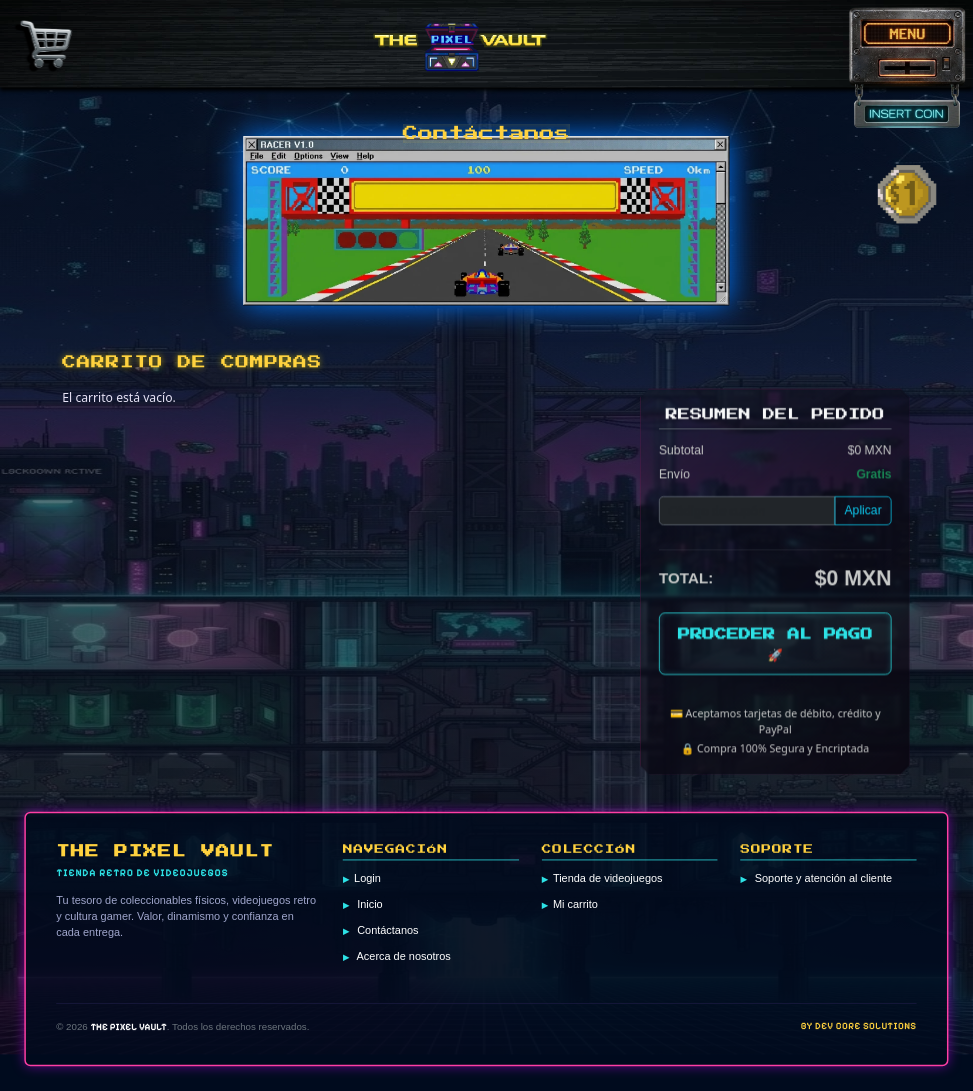
Repository: DianaSGarciaR/The-Pixel-Vault
Page: miCarrito.html
An editor plug-in stored every save of this project. The page is shown before and after the next save, followed by the edit.
The browser window is 1280 px wide. The pictures show the whole page, at 76% of full size.
Some web fonts or font styles are not loaded; a fallback is used.

Above is the page before, as saved 2026-10-21 17:03:30.
Console error: SyntaxError: Cannot use import statement outside a module

After the next save:
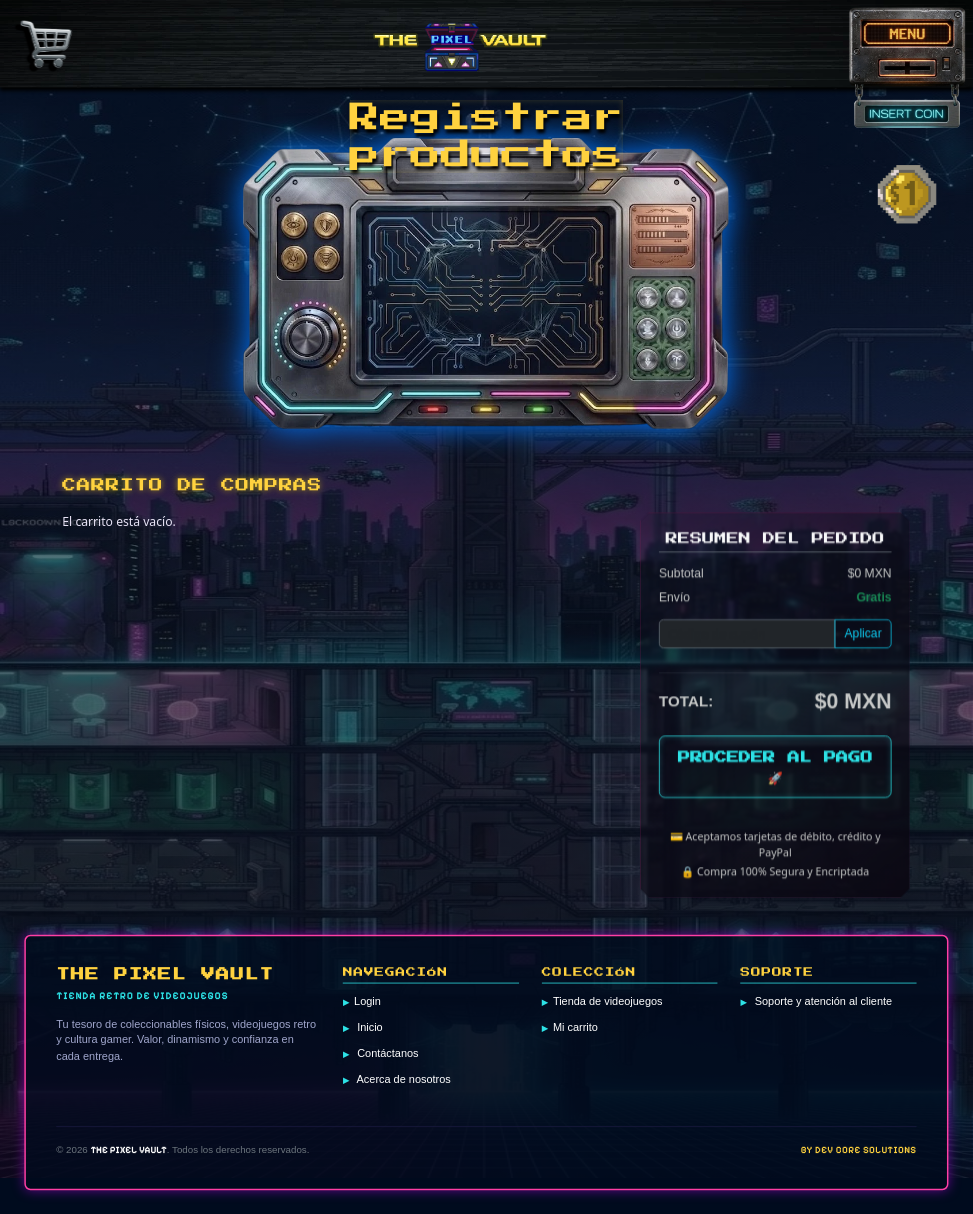
Saved 78 s later.
--- a/miCarrito.html
+++ b/miCarrito.html
@@ -26,14 +26,17 @@
   <main class="navThePixelVault"></main>
     <!-- Banner principal de la página. -->
     <section class="banner-container">
-        <!-- Imagen de fondo -->
-        <img class="banner-frame" src="./assets/bannercarrito.webp" alt="Marco del banner"> <!--Puse el ./ (Beto)-->
-
-        <!-- Título  -->
-        <div class="banner-screen">
-            <h5 class="yellow-accent btn-yellow quantico, head">Contáctanos</h5>
-        </div>
-    </section>
+    <!-- Imagen de fondo -->
+    <img class="banner-frame" src="./assets/banner-img.webp" alt="Marco del Banner">
+
+    <!-- Contenedor de la pantalla central con los botones -->
+    <div class="banner-screen">
+        <!-- El enlace envuelve al h3 para que sea clickeable -->
+        <a href="acercaNosotros.html" style="text-decoration: none;">
+            <h3 class="yellow-accent btn-yellow head">Registrar <br> productos</h3>
+        </a>
+    </div>
+</section>
   <!-- SECCIÓN PRINCIPAL DEL CARRITO -->
   <section class="container my-5">
     <h2 class="section-title mb-4">CARRITO DE COMPRAS</h2>

After the save that followed:
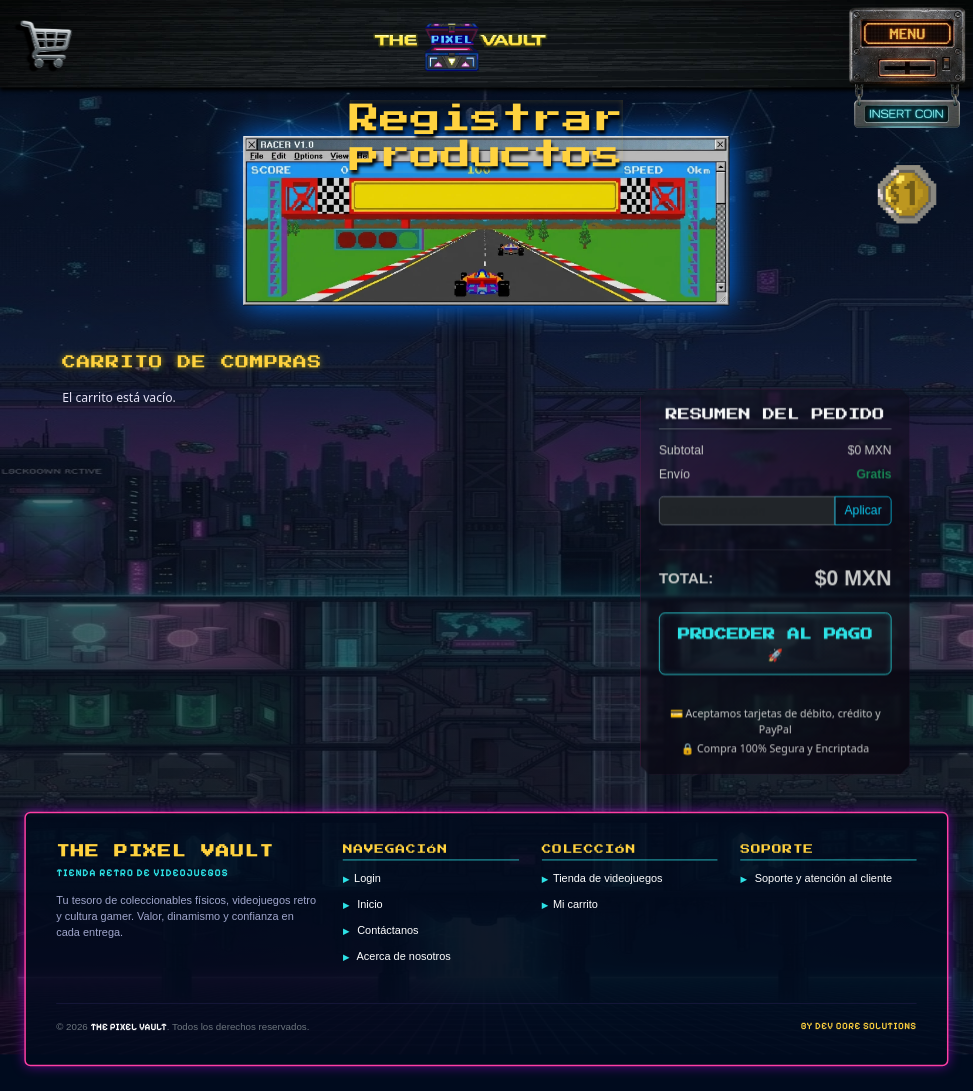
Saved 7 s later.
--- a/miCarrito.html
+++ b/miCarrito.html
@@ -27,7 +27,7 @@
     <!-- Banner principal de la página. -->
     <section class="banner-container">
     <!-- Imagen de fondo -->
-    <img class="banner-frame" src="./assets/banner-img.webp" alt="Marco del Banner">
+    <img class="banner-frame" src="./assets/bannercarrito.webp" alt="Marco del Banner">
 
     <!-- Contenedor de la pantalla central con los botones -->
     <div class="banner-screen">
